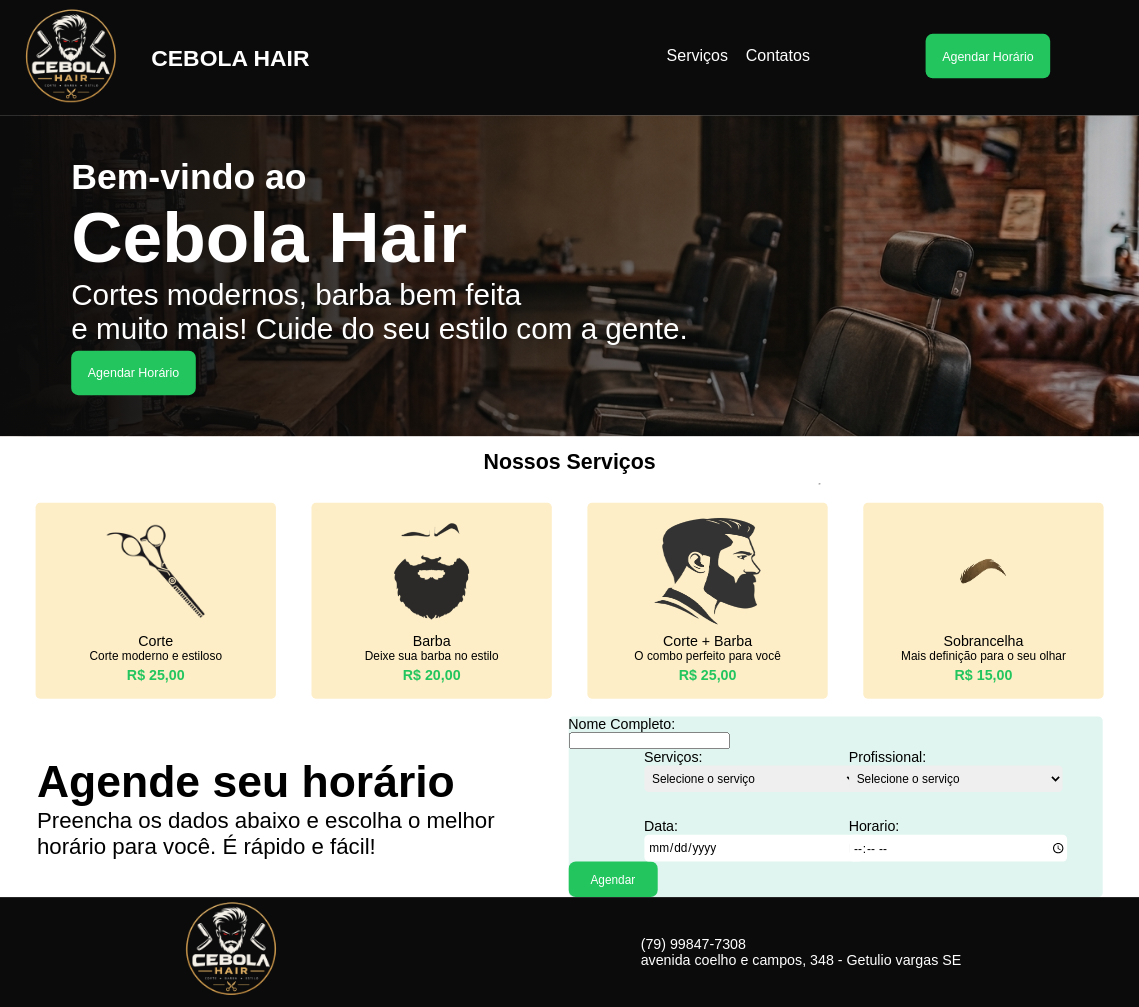
Repository: antonymsantana-design/final.activitie1
Page: index.html
These files come from the project's save history. The page is drawn as it stood at one moment and after a run of saves; the edit follows.
The browser window is 1280 px wide. The pictures show the whole page, at 89% of full size.

Above is the page before, as saved 2026-09-15 19:48:58.

### index.html
<!doctype html>
<html lang="pt-br">
  <head>
    <meta charset="UTF-8" />
    <meta name="viewport" content="width=device-width, initial-scale=1.0" />
    <title>Cebola Hair</title>
    <link rel="stylesheet" href="style.css" />
    <script src="../final.activitie1/script.js" defer></script>
  </head>
  <header>
    <div class="conteudoH" id="conteudoH">
      <div class="imagem" id="imagem">
        <img
          src="image/logoC.png"
          alt="logo"
          class="logoIMG"
          id="logoIMG"
        />
        <h3 class="logoH">CEBOLA HAIR</h3>
      </div>
      <div class="direitaH">
        <div class="links" id="links">
          <a href="#" class="aLinks">Serviços</a>
          <a href="#" class="aLinks">Contatos</a>
        </div>
        <div class="btnDiv" id="btnDiv">
          <button class="btn" id="btn">
            <div class="btnTxt" id="btnTxt">
              <p>Agendar Horário</p>
            </div>
          </button>
        </div>
      </div>
    </div>
  </header>

  <body>
    <div class="conteudo">
      <div class="texto">
        <h4>Bem-vindo ao</h4>
        <h1>Cebola Hair</h1>
        <small
          >Cortes modernos, barba bem feita <br />
          e muito mais! Cuide do seu estilo com a gente.</small
        >
        <button class="btn" id="btn">
          <div class="btnTxt" id="btnTxt">
            <p>Agendar Horário</p>
          </div>
        </button>
      </div>
    </div>

    <h2 class="Our">Nossos Serviços</h2>
    <hr />

    <div class="cards">
      <div class="card">
        <img src="image/corte.webp" alt="tisora" class="icone" />
        <p>Corte</p>
        <small>Corte moderno e estiloso</small>
        <h4>R$ 25,00</h4>
      </div>
      <div class="card">
        <img src="image/barba(png).png" alt="tisora" class="icone" />
        <p>Barba</p>
        <small>Deixe sua barba no estilo</small>
        <h4>R$ 20,00</h4>
      </div>
      <div class="card">
        <img src="image/barba+corte(png).png" alt="tisora" class="icone" />
        <p>Corte + Barba</p>
        <small>O combo perfeito para você</small>
        <h4>R$ 25,00</h4>
      </div>
      <div class="card">
        <img
          src="image/Design sem nome.png"
          alt="tisora"
          class="icone"
        />
        <p>Sobrancelha</p>
        <small>Mais definição para o seu olhar</small>
        <h4>R$ 15,00</h4>
      </div>
    </div>

    <div class="agendar" id="agendar">
      <div class="esq">
        <h1>Agende seu horário</h1>
        <p>
          Preencha os dados abaixo e escolha o melhor <br />
          horário para você. É rápido e fácil!
        </p>
      </div>

      <div class="form">
        <label for="nome">Nome Completo:</label><br/>
        <input type="text" name="nome" id="nome" /><br/>

         <div class="quadrado">
        <div class="1">
          <label for="serv">Serviços:</label>
          <select name="serv" id="serv" class="formu">
            <option value="">Selecione o serviço</option>
            <option value="corte">Corte</option>
            <option value="barba">Barba</option>
            <option value="cort+barba">Corte + Barba</option>
            <option value="sobrancelha">Sobrancelha</option>
          </select>
          </div>

          <div class="2">
            <label for="prof">Profissional:</label>
            <select name="prof" id="prof" class="formu">
              <option value="">Selecione o serviço</option>
              <option value="cebola">Cebola</option>
            </select>
            </div>
            <div class="3">
              <label for="data">Data:</label> <br>
              <input type="date" name="data" id="data" class="formu"/>
            </div>
            <div class="4">
              <label for="hora">Horario:</label> <br>
              <input type="time" name="hora" id="hora" class="formu"/>
            </div>
          </div>
           <button type="button" class="agendarbtn">Agendar</button>
          </div>
      </div>
    </div>
  </body>
  <footer>
    <div class="direita">
      <img
        src="image/logoC.png"
        alt="logo"
        class="logoIMG"
        id="logoIMG"
      />
    </div>

    <div class="esquerda">
      <p>(79) 99847-7308</p>
      <p>avenida coelho e campos, 348 - Getulio vargas SE</p>
    </div>
  </footer>
</html>

### style.css
* {
    padding: 0px;
    margin: 0px;
    font-family: Arial, Helvetica, sans-serif;
}

header {
    background-color: #0B0B0B;
    height: 130px;
}

small {
    padding-bottom: 5px;
}

.conteudoH {
    display: flex;
    justify-content: space-between;
    padding-right: 100px;
    align-items: center;
}

.imagem {
    margin-left: 20px;
    margin-top: 5px;
    display: flex;
    justify-content: center;
    align-items: center;
    gap: 30px;
    font-weight: 600;
    font-size: 22px;
}

.logoIMG {
    width: 120px;
    height: 120px;
    cursor: pointer;
}

.logoH {
    color: white;

}

.links {
    display: flex;
    gap: 20px;
    justify-content: center;
    padding-right: 130px;
    font-size: 18px;
}

.links a {
    text-decoration: none;
    color: white;
    transition: 0.5s ease;
}

.aLinks:hover {
    transform: translateY(-5px);
    box-shadow: 0 4px 10px rgba(0, 0, 0, 0.15);
    background-color: #F0C56A;
    color: #F5F5F5;
    border-radius: 5px;
    width: 120px;
    height: 30px;
    display: flex;
    justify-content: center;
    align-items: center;
}

.btnDiv {
    display: flex;
}

.btn {
    display: flex;
    justify-content: center;
    width: 140px;
    height: 50px;
    background-color: #22C55E;
    border: none;
    color: white;
    align-items: center;
    border-radius: 8px;
    transition: 0.3s ease;
    cursor: pointer;
    font-size: 14px;
}

.btn:hover {
    transform: translateY(-5px);
    box-shadow: 0 8px 15px rgba(0, 0, 0, 0.4);
}

.direitaH {
    display: flex;
    justify-content: center;
    align-items: center;
}

.conteudo {
    background-image: url(image/Gemini_Generated_Image_hbetqjhbetqjhbet.jpg);
    background-repeat: no-repeat;
    background-size: cover;
    background-position: center;
    height: 50vh;
    color: white;
}

.texto {
    padding-left: 80px;
    font-size: 40px;
    display: flex;
    flex-direction: column;
    justify-content: center;
    height: 50vh;
    background: linear-gradient(to right, #0B0B0B, #15151531);

}

.card {
    background-color: #FDEEC7;
    width: 270px;
    height: 220px;
    display: flex;
    flex-direction: column;
    justify-content: center;
    align-items: center;
    border-radius: 5px;
}

.cards {
    display: flex;
    justify-content: center;
    gap: 40px;
    padding-top: 20px;
    padding-bottom: 20px;
}

.card h4 {
    color: #22C55E;
}

.icone {
    width: 120px;
    height: 120px;
    padding-bottom: 10px;
}

.Our {
    padding-top: 15px;
    text-align: center;
    padding-bottom: 10px;
}

hr {
    color: #22C55E;
    text-align: center;
    margin-left: 920px;
    margin-right: 920px;
}

.agendar{
    display: flex;
    justify-content: space-around;
    align-items: center;
}

.form{
    background-color: rgba(201, 238, 227, 0.568);
    width: 600px;
    border-radius: 5px;
}
.quadrado{
    display: grid;
    justify-content: center;
    grid-template-columns: repeat(2, 200px);
    gap: 30px;
}

.esq {
    font-size: 25px;
}

footer{
    display: flex;
    justify-content: space-around;
    align-items: center;
    background-color: #0B0B0B;
    color: white;
}

.formu{
    width: 240px;
    height: 30px;
    border-radius: 5px;
    border: none;
    padding-left: 5px;
}

.agendarbtn{
    display: flex;
    justify-content: center;
    align-items: center;
    width: 100px;
    height: 40px;
    background-color: #22C55E;
    border: none;
    color: white;
    border-radius: 8px;
    transition: 0.3s ease;
    cursor: pointer;
}

.agendarbtn:hover {
    transform: translateY(-5px);
}

Loaded but not shown: script.js (no copy from this time; the picture is the same without it)

After the next 2 saves:
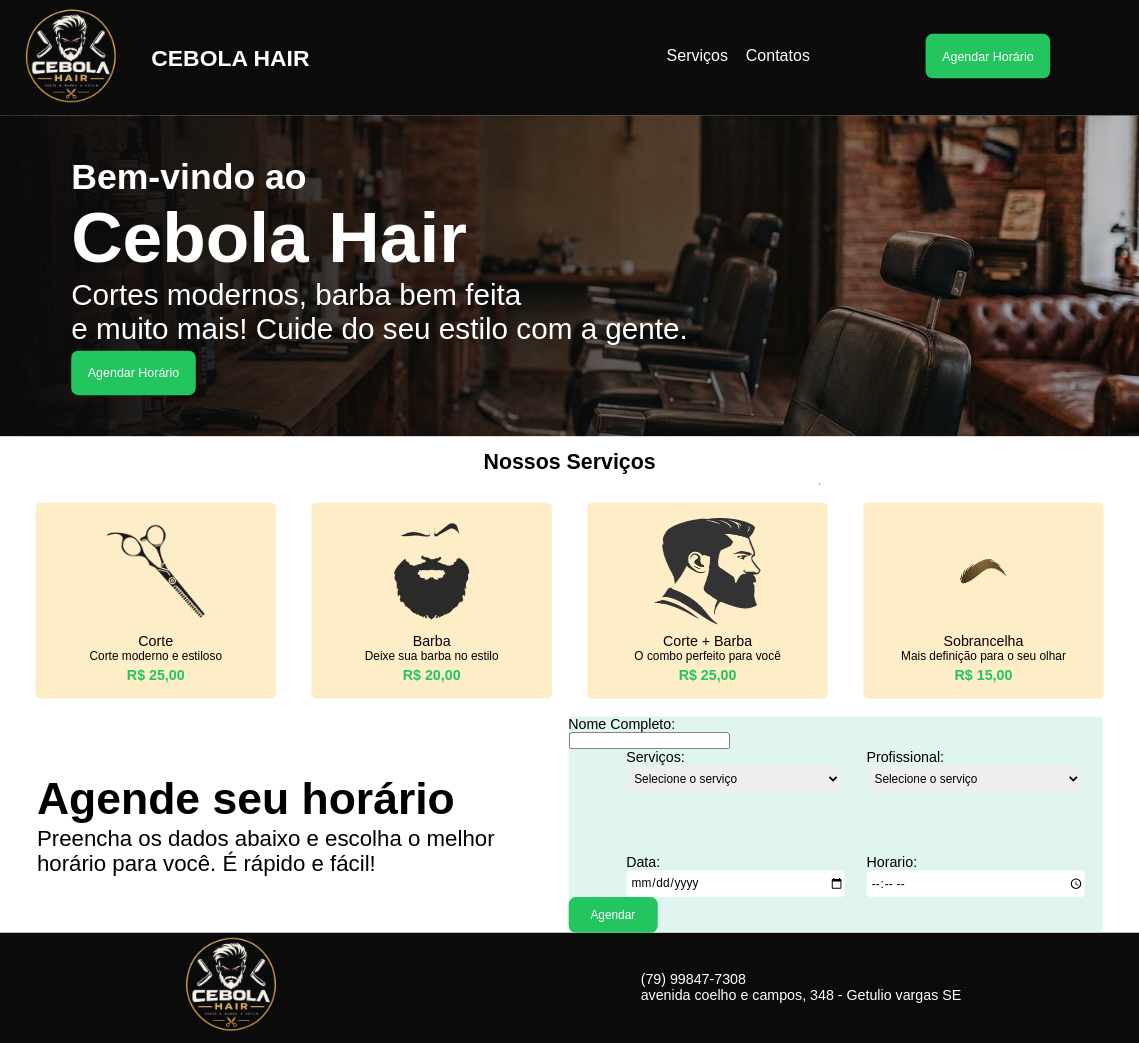
The 2 saves are shown as one change because they came seconds apart.
The last was saved 14 s later.
--- a/style.css
+++ b/style.css
@@ -176,7 +176,7 @@
     display: grid;
     justify-content: center;
     grid-template-columns: repeat(2, 200px);
-    gap: 30px;
+    gap: 70px;
 }
 
 .esq {

After the save that followed:
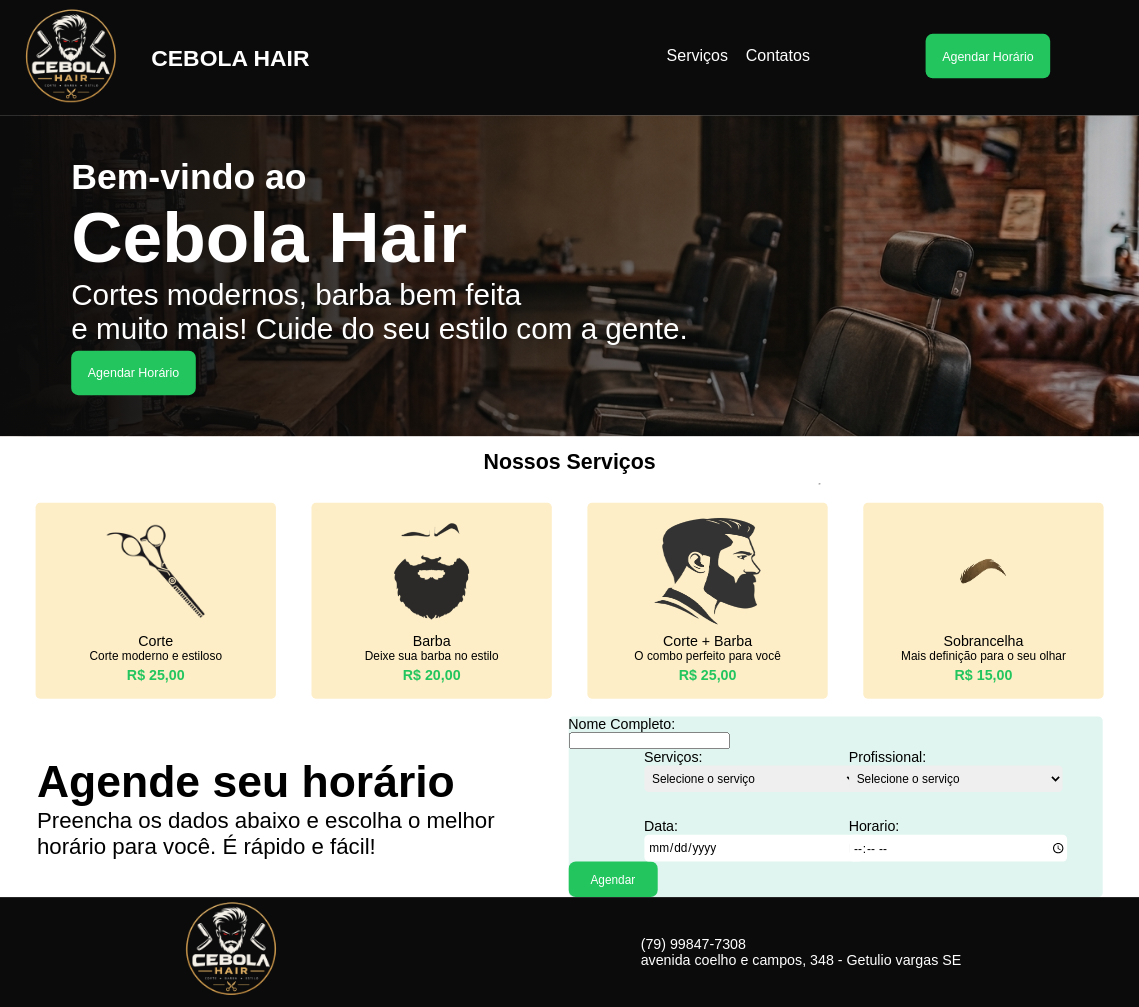
Saved 15 s later.
--- a/style.css
+++ b/style.css
@@ -176,7 +176,7 @@
     display: grid;
     justify-content: center;
     grid-template-columns: repeat(2, 200px);
-    gap: 70px;
+    gap: 30px;
 }
 
 .esq {
